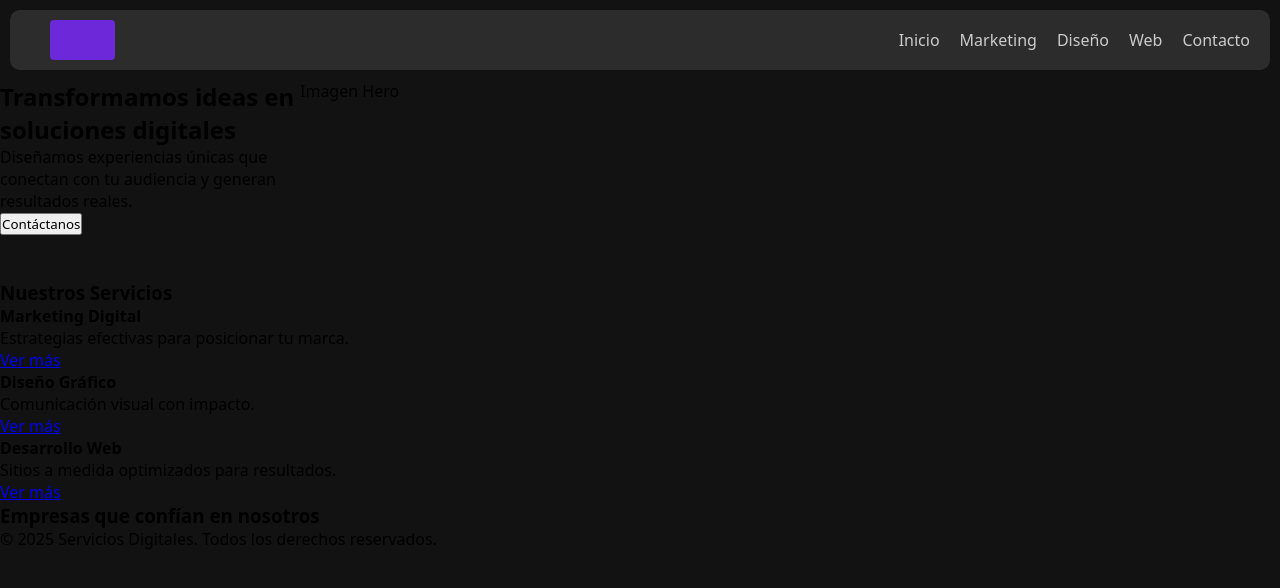
Repository: santinogarrone/TrabajoAgustin
Page: html/index.html
These files come from the project's save history. The page is drawn as it stood at one moment and after a run of saves; the edit follows.
The browser window is 1280 px wide. The pictures show the whole page.

Above is the page before, as saved 2025-05-02 12:01:18.

### html/index.html
<!DOCTYPE html>
<html lang="en">
<head>
    <meta charset="UTF-8">
    <meta name="viewport" content="width=device-width, initial-scale=1.0">
    <link rel="stylesheet" href="../css/style.css">
    <title>Página de Agustin</title>
</head>
<body>

    <header>
        <nav class="nav-bar">
            <div class="cuadrado-violeta">

            </div>


            <ul class="nav-list">
                <li class="nav-item"><a href="">Inicio</a></li>
                <li class="nav-item"><a href="">Marketing</a></li>
                <li class="nav-item"><a href="">Diseño</a></li>
                <li class="nav-item"><a href="">Web</a></li>
                <li class="nav-item"><a href="">Contacto</a></li>
            </ul>

            <button class="menu-icon" aria-label="menu">
                <span class="menu-line"></span>
                <span class="menu-line"></span>
                <span class="menu-line"></span>
            </button>
        </nav>
    </header>
        <main>

            <section class="main-contact">
                <div class="contacto">
                    <h2 class="tit-contacto">Transformamos ideas en soluciones digitales</h2>
                    <p class="explicacion">Diseñamos experiencias únicas que conectan con tu audiencia y generan resultados reales.</p>

                    <button class="boton-contactar" onclick="location.href='../html/contacto.html'">
                        Contáctanos
                    </button>
                </div>

                <div class="img-hero">
                    Imagen Hero
                </div>
            </section>

            <section class="servicios">
                <h3>Nuestros Servicios</h3>

                <div class="card">
                    <h4>Marketing Digital</h4>
                    <p>Estrategias efectivas para posicionar tu marca.</p>
                    <a href="../html/marketing.html">Ver más</a>
                </div>

                <div class="card">
                    <h4>Diseño Gráfico</h4>
                    <p>Comunicación visual con impacto.</p>
                    <a href="#">Ver más</a>
                </div>

                <div class="card">
                    <h4>Desarrollo Web</h4>
                    <p>Sitios a medida optimizados para resultados.</p>
                    <a href="#">Ver más</a>
                </div>

            </section>

            <section class="empresas">
                <h3>Empresas que confían en nosotros</h3>
                <article class="logos">
                    <div class="logo"></div>
                    <div class="logo"></div>
                    <div class="logo"></div>
                    <div class="logo"></div>
                </article>

            </section>

        </main>

    <footer>
        <div class="ftr">
            <p>&copy; 2025 Servicios Digitales. Todos los derechos reservados.</p>
        </div>
    </footer>
</body>
</html>

### css/style.css
@import url(./global.css);

*{
    margin: 0;
    padding: 0;
    box-sizing: border-box;
    font-family: var(--font-family);
}


body{
    background-color: var(--fondo-color);
    height: 100%;
}

header{
    padding: 10px;
}
.cuadrado-violeta{
    display: block;
    width: 65px;
    height: 40px;
    background-color: var(--primary-color-original);
    border-radius: 4px;
    margin-left: 20px;
}


.nav-bar {
    display: flex;
    align-items: center;
    justify-content: space-between;
    background-color: #2c2c2c;
    padding: 10px 20px;
    border-radius: 10px;
    position: relative;
  }

  .menu-icon {
    display: none;
  }

  .menu-line {
    height: 4px;
    background-color: white;
    border-radius: 2px;
    width: 100%;
  }

  .nav-list {
    display: flex;
    gap: 20px;
    list-style: none;
    margin: 0;
    padding: 0;
  }

  .nav-item a {
    color: #ccc;
    text-decoration: none;
  }

  .main-contact{
    display: flex;
  }
  .main-contact .contacto{
    width: 300px;
    height: 200px
  }

@media (375px >= width) {

    .hero-img{
        display: none;
    }
    .hero-texto p{
        display: none;
    }
    body{
        background-color: var(--fondo-color);
        height: 100%;
    }

    header{
        background-color: var(--superficie-dos);
        position: sticky;
        top: 0;
        margin: 0;
        border-radius: 0;
    }

    main{
        margin: 0px;
    }
    .explicacion{
        display: none;
    }

    .nav-list{
        display: none;
    }

    .img-hero{
        display: none;
    }
    .cuadrado-violeta{
        display: block;
        width: 65px;
        height: 40px;
        background-color: var(--primary-color-original);
        border-radius: 4px;
        margin-left: 20px;
    }

    .menu-icon{
        width: 30px;
        height: 30px;
        background: transparent;
        display: flex;
        flex-direction: column;
        gap: 4px;
        height: fit-content;
        border: none;
    }

    .menu-line{
        width: 100%;
        height: 4px;
        background-color: var(--texto-color);
        border: none;
        border-radius: 4px;

    }

    .nav-bar{
        display: flex;
        justify-content: space-between;
        align-items: center;
        padding: 5px 16px;
    }


    .main-contact{
        display: flex;
        padding: 24px;
        justify-content: center;
        align-items: center;
    }

    .contacto{
        display: block;
        padding: 34px;
        background: var(--primary-color-gradient);
        border-radius: 10px;
        color: var(--texto-color);
        height: auto;
        font-size: 12px;
    }

    .contacto .tit-contacto{
        text-align: center;
        align-items: center;
        font-weight: bold;
        margin-top: 30px;
    }

    .boton-contactar{
        display: block;
        margin: 0 auto;
        margin-bottom: 20px;
        margin-top: 12px;
        padding: 5px 20px;
        color: var(--primary-claro);
        background-color: var(--fondo-color);
        border-radius: 6px;
        cursor: pointer;
    }

    .servicios{
        display: flex;
        flex-direction: column;
        margin: 0 20px;
    }

    .servicios h3{
        color: var(--texto-color);
    }

    .card{
        margin-top: 5px;
        align-items: center;
        justify-content: center;
        background-color: var(--superficie-dos);
        border-radius: 8px;
        padding: 12px;
        margin-bottom: 15px;
    }

    .card h4{
        color: var(--texto-color);
    }

    .card p{
        color: var(--texto-secundario);
        padding-bottom: 20px;
    }

    .card a{
        display: inline-block;
        margin-bottom: 20px;
        color: var(--texto-color);
        cursor: pointer;
    }

    .empresas{
        display: flex;
        flex-direction: column;
        align-items: flex-start;
        margin-left: 20px;
    }

    .empresas h3{
        color: var(--texto-color);
        margin-bottom: 1rem;
    }

    .logos{
        margin-top: 5px;
        width: 335px;
        display: flex;
        justify-content: center;
        align-items : center;
        gap: 5px;
        background-color: var(--superficie-dos);
        border-radius: 8px;
        padding: 20px;
        margin-bottom: 10px;
    }

    .logo{
        width: 60px;
        height: 30px;
        background-color: #444444;
        border-radius: 5px;
    }

    .ftr{
        background-color: var(--superficie-dos);
        border-radius: 8px;
        text-align: center;
        margin: 15px 10px;
        padding: 16px;
        color: var(--texto-secundario);
    }
}

### css/global.css
:root{
    --primary-color-gradient : linear-gradient(135deg, #6D28D9, #8B5CF6);
    --primary-color-original : #6D28D9;
    --primary-claro : #8b5cf6;
    --secundary-color : #10b981;
    --acento-color : #f5930b;
    --fondo-color : #121212;
    --superficie-color : #1e1e1e;
    --superficie-dos : #2d2d2d;
    --texto-secundario : #A0A0A0;

    --texto-color : #fff;
    --font-family : 'system-ui'
}

After the next 4 saves:
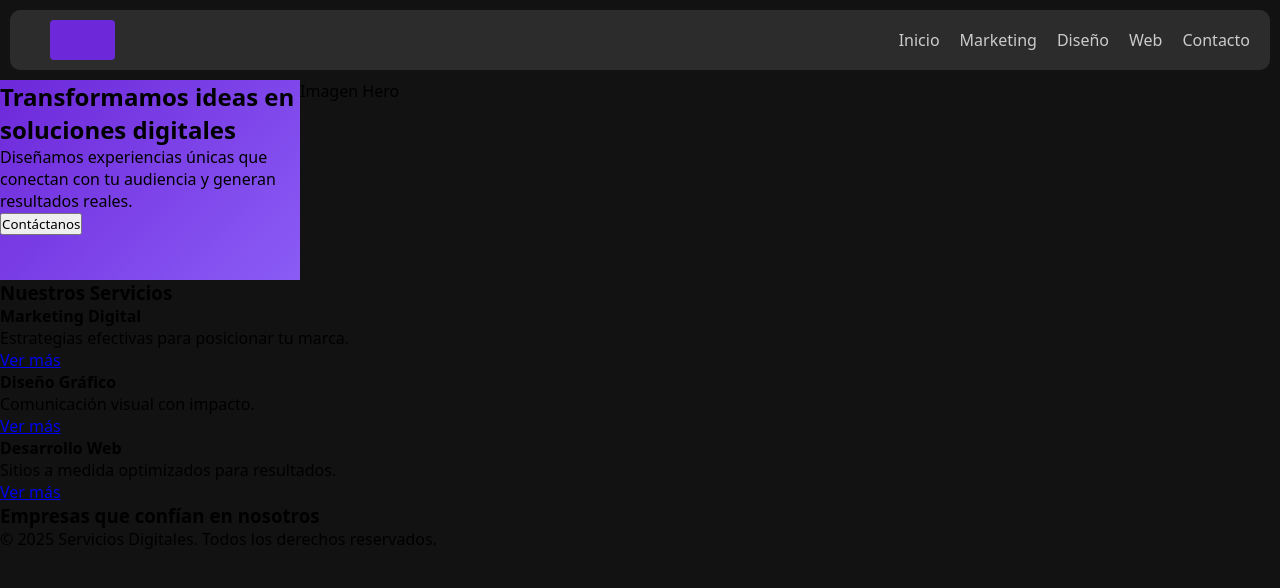
The 4 saves are shown as one change because they came seconds apart.
The last was saved 14 s later.
--- a/css/style.css
+++ b/css/style.css
@@ -64,6 +64,7 @@ header{
     display: flex;
   }
   .main-contact .contacto{
+    background: var(--primary-color-gradient);
     width: 300px;
     height: 200px
   }
